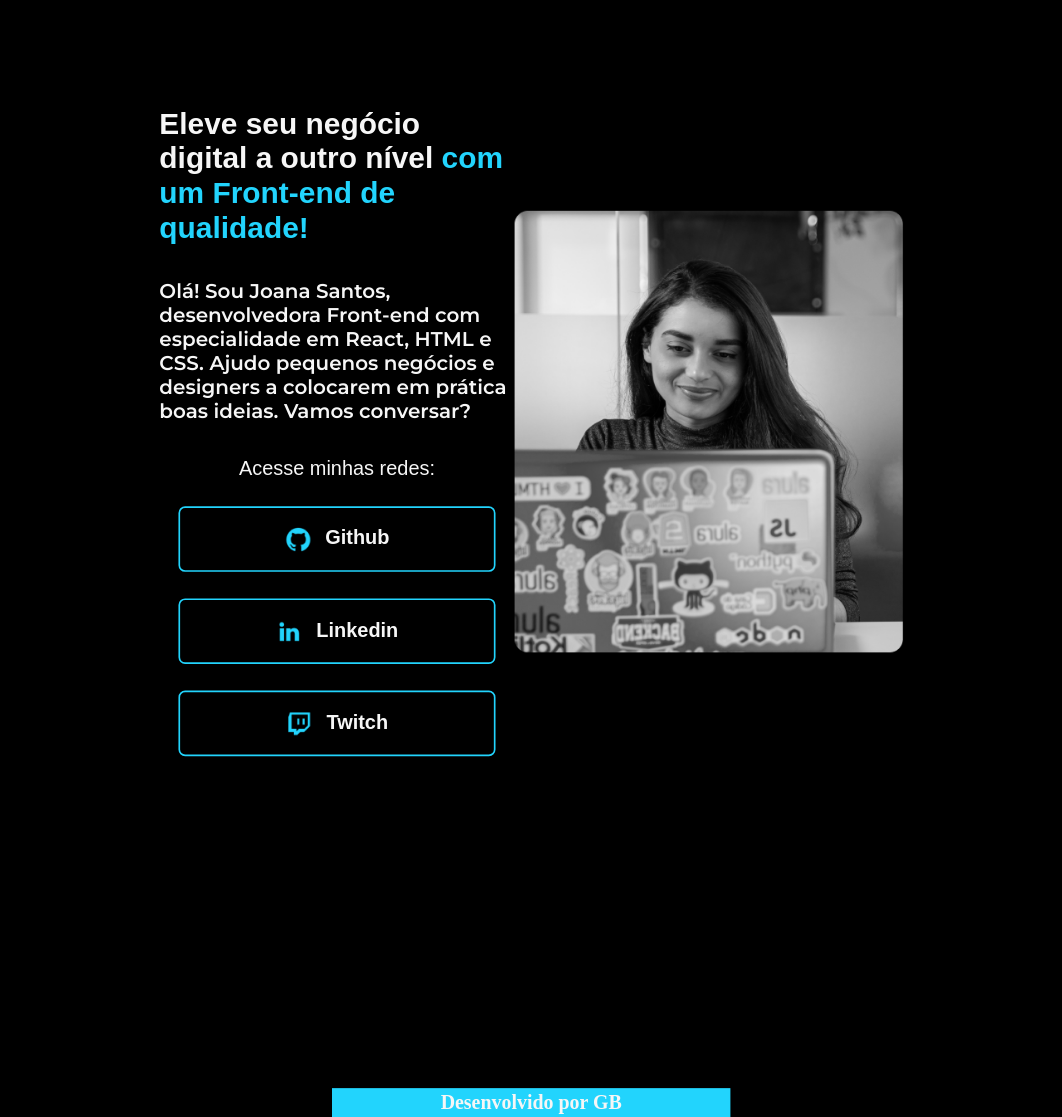
Repository: YoungAkira/CursoHtmlCss
Page: index.html
An editor plug-in stored every save of this project. The page is shown before and after the next save, followed by the edit.
The browser window is 1280 px wide. The pictures show the whole page, at 83% of full size.
Some web fonts or font styles are not loaded; a fallback is used.

Above is the page before, as saved 2023-05-15 11:04:06.

### index.html
<!--ESSE PROJETO NÃO É DE MINHA AUTORIA, APENAS UTILIZO-O PARA FINS DIDÁTICOS-->
<!--CREDITOS: ALURA.COM-->

<!DOCTYPE html>
<html lang="pt-br">
<head>
    <meta charset="UTF-8">
    <meta http-equiv="X-UA-Compatible" content="IE=edge">
    <meta name="viewport" content="width=device-width, initial-scale=1.0">
    <title>Portfolio</title>
    <link rel="stylesheet" href="style.css">
</head>
<body>
    <header></header>
    <main class="apresentacao">
            <section class="apresentacao_conteudo">
                 <h1 class="apresentacao_conteudo_titulo">Eleve seu
                    negócio digital a outro nível <strong
                    class="titulo-destaque">com um Front-end de qualidade!</strong></h1>

                    <p class="apresentacao_conteudo_texto"> Olá! Sou Joana Santos, desenvolvedora Front-end
                        com especialidade em React, HTML e CSS. Ajudo
                        pequenos negócios e designers a colocarem em
                        prática boas ideias. Vamos conversar?</p>


                    <div class="apresentacao_links">
                        <h2 class="apresentacao_links_subtitulo">Acesse minhas redes:</h2>

                        <a class="apresentacao-links-link" href="github.com">
                            <img src="assets/github.png">
                            Github
                        </a>

                        <a class="apresentacao-links-link" href="linkedin.com">
                            <img src="./assets/linkedin.png">
                            Linkedin
                        </a>

                        <a class="apresentacao-links-link" href="twitch.tv">
                            <img src="./assets/twitch.png">
                            Twitch


                        </a>



                    </div>

            </section>
                    <img src="/assets/imagem.png" alt="Foto Joana Santos programando">
    </main>


    <footer>
        <h2>Desenvolvido por GB</h2>
    </footer>


</body>
</html>

### style.css
@import url('https://fonts.googleapis.com/css2?family=Krona+One&family=Montserrat:wght@600&display=swap');

*{
    margin: 0;
    padding: 0;
}


body {
    background-color: black;
    box-sizing: border-box;
    color: #F6F6F6;
    height: 100vh;
}


.titulo-destaque {
    color: #22D4FD;
}


.apresentacao{
    display: flex;
    align-items: center;
    justify-content: space-between;
    margin: 10% 15%;
}


.apresentacao_conteudo{
    width: 615px;
    display: flex;
    flex-direction: column;
    gap: 40px;
}


.apresentacao_conteudo_titulo{
    font-size: 36px;
    font-family: 'Krona One',sans-serif;
}


.apresentacao_conteudo_texto{
    font-size: 24px;
    font-family: 'Montserrat',sans-serif;
}


.apresentacao_links{
    display: flex;
    flex-direction: column;
    justify-content: space-between;
    align-items: center;
    gap: 32px;
}


.apresentacao_links_subtitulo{
    font-size: 24px;
    font-family: 'Krona One', sans-serif;
    font-weight: 400;


}


.apresentacao-links-link{
    display: flex;
    justify-content: center;
    gap:16px;
    border: 2px solid #22D4FD;
    width: 378px;
    text-align: center;
    border-radius: 8px;
    font-size: 24px;
    padding: 21.5px 0;
    text-decoration: none;
    color :#F6F6F6;
    font-family: 'Krona One',sans-serif;
    font-weight: 600;
}


.apresentacao-links-link:hover{
    background-color:#272727;
}


footer{
    display: flex;
    background-color: #22D4FD;
    justify-content:center;
    margin: 400px;
    padding: 4px;
}

After the next save:
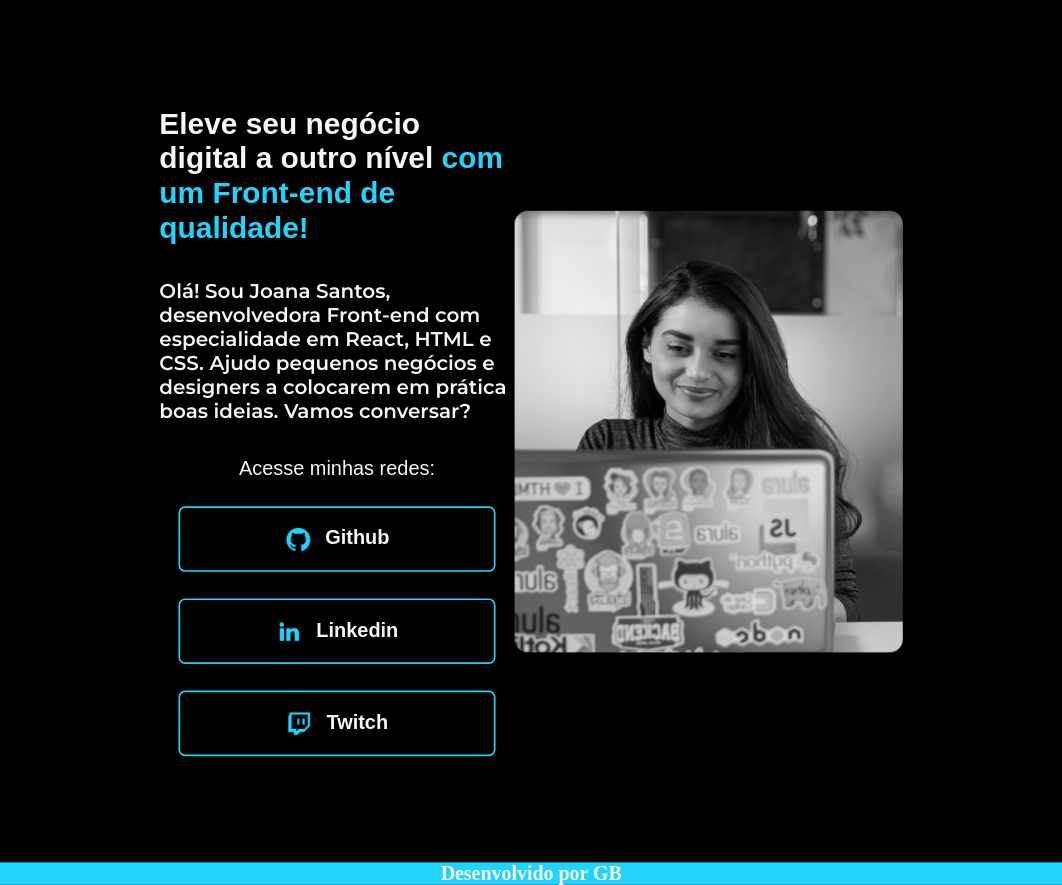
Saved 17 s later.
--- a/style.css
+++ b/style.css
@@ -91,6 +91,4 @@ footer{
     display: flex;
     background-color: #22D4FD;
     justify-content:center;
-    margin: 400px;
-    padding: 4px;
 }
